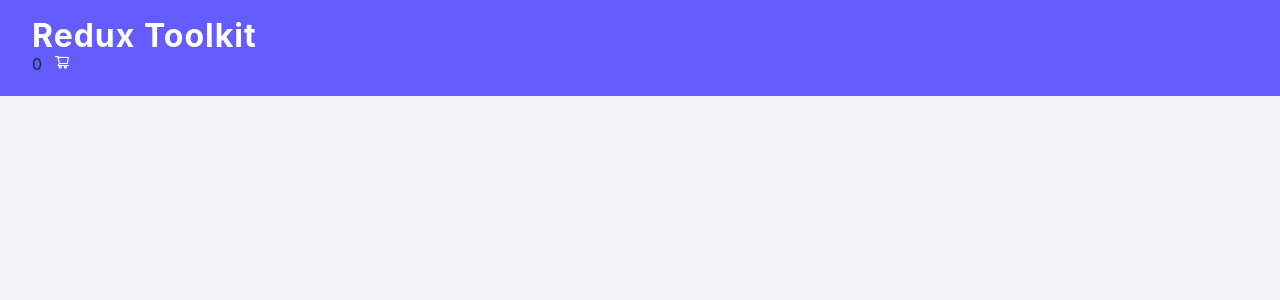
Repository: Nurlan-Bakenbaev/ReduxToolit
Page: /
These files come from the project's save history. The page is drawn as it stood at one moment and after the next save; the edit follows.
The browser window is 1280 px wide. The pictures show the whole page.
The project was rebuilt for these pictures with package versions that can differ from the ones it lists, and the page was loaded fresh each time.

Above is the page before, as saved 2023-11-08 11:06:23.

After the next save:
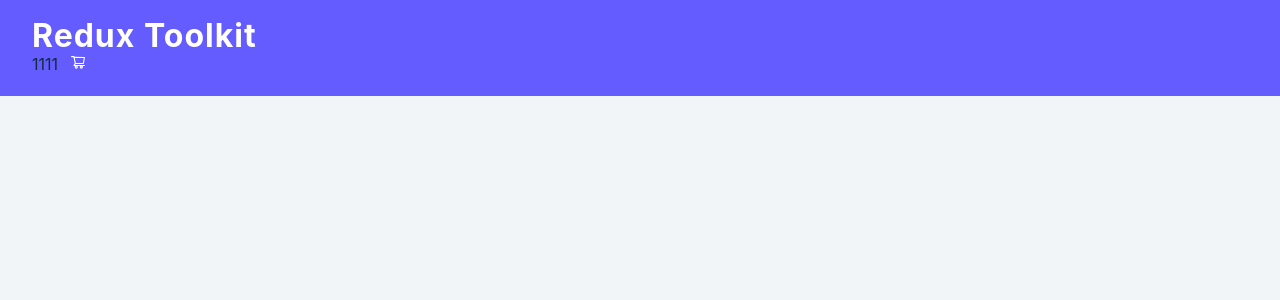
Saved 7 s later.
--- a/src/redux/features/cartSlice.js
+++ b/src/redux/features/cartSlice.js
@@ -1,7 +1,7 @@
 import { createSlice } from "@reduxjs/toolkit";
 const initialState = {
   cartItems: [],
-  amount: 0,
+  amount: 1111,
   total: 0,
   isLoading: true,
 };

After the 2 saves that followed:
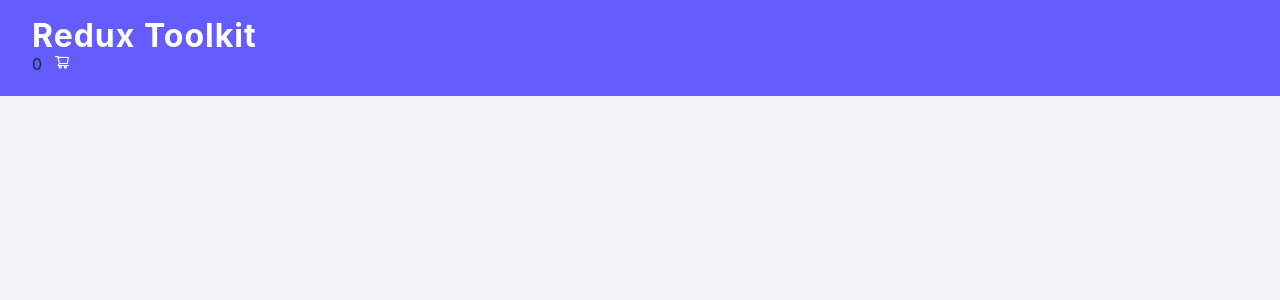
The 2 saves are shown as one change because they came seconds apart.
The last was saved 5 s later.
--- a/src/redux/features/cartSlice.js
+++ b/src/redux/features/cartSlice.js
@@ -1,7 +1,7 @@
 import { createSlice } from "@reduxjs/toolkit";
 const initialState = {
   cartItems: [],
-  amount: 1111,
+  amount: 0,
   total: 0,
   isLoading: true,
 };
